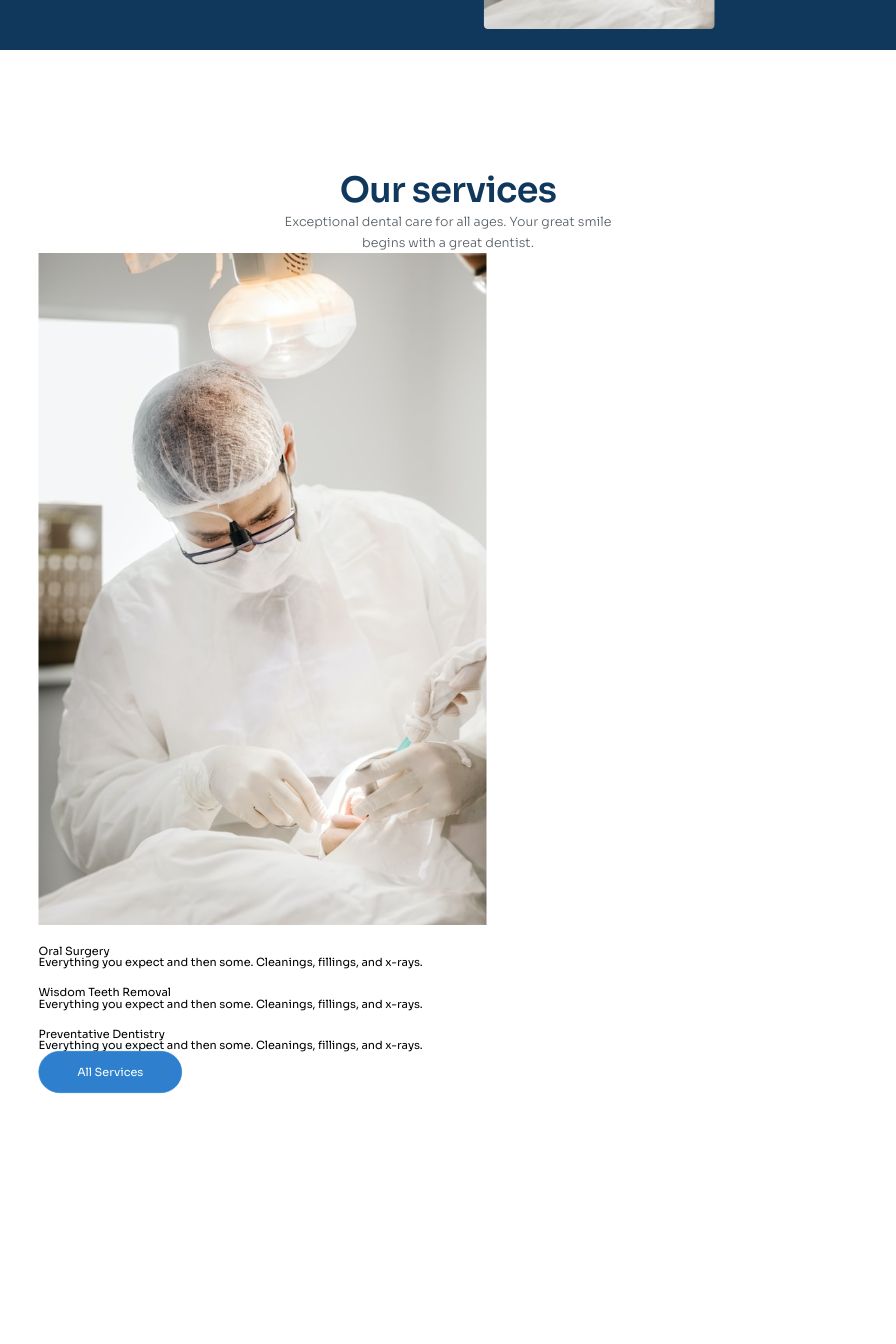
Repository: Tran-Dat/F8_Project_03
Page: index.html
The author's editor kept a copy of each file at every save. The page is drawn from the files as they stood at one save, then again after the next save.
The browser window is 1280 px wide. The pictures show the part of the page from y = 649 to 2569 px (the page is 3720 px tall), at 70% of full size.

Above is the page before, as saved 2023-04-03 15:03:05.

### index.html
<!DOCTYPE html>
<html lang="en">
    <head>
        <meta charset="UTF-8" />
        <meta http-equiv="X-UA-Compatible" content="IE=edge" />
        <meta name="viewport" content="width=device-width, initial-scale=1.0" />
        <title>shine smile</title>

        <!-- Favicon -->
        <link rel="apple-touch-icon" sizes="57x57" href="./assets/favicon/" />
        <link
            rel="apple-touch-icon"
            sizes="60x60"
            href="./assets/favicon/apple-icon-60x60.png"
        />
        <link
            rel="apple-touch-icon"
            sizes="72x72"
            href="./assets/favicon/apple-icon-72x72.png"
        />
        <link
            rel="apple-touch-icon"
            sizes="76x76"
            href="./assets/favicon/apple-icon-76x76.png"
        />
        <link
            rel="apple-touch-icon"
            sizes="114x114"
            href="./assets/favicon/apple-icon-114x114.png"
        />
        <link
            rel="apple-touch-icon"
            sizes="120x120"
            href="./assets/favicon/apple-icon-120x120.png"
        />
        <link
            rel="apple-touch-icon"
            sizes="144x144"
            href="./assets/favicon/apple-icon-144x144.png"
        />
        <link
            rel="apple-touch-icon"
            sizes="152x152"
            href="./assets/favicon/apple-icon-152x152.png"
        />
        <link
            rel="apple-touch-icon"
            sizes="180x180"
            href="./assets/favicon/apple-icon-180x180.png"
        />
        <link
            rel="icon"
            type="image/png"
            sizes="192x192"
            href="./assets/favicon/android-icon-192x192.png"
        />
        <link
            rel="icon"
            type="image/png"
            sizes="32x32"
            href="./assets/favicon/favicon-32x32.png"
        />
        <link
            rel="icon"
            type="image/png"
            sizes="96x96"
            href="./assets/favicon/favicon-96x96.png"
        />
        <link
            rel="icon"
            type="image/png"
            sizes="16x16"
            href="./assets/favicon/favicon-16x16.png"
        />
        <link rel="manifest" href="./assets/favicon/manifest.json" />
        <meta name="msapplication-TileColor" content="#ffffff" />
        <meta
            name="msapplication-TileImage"
            content="./assets/favicon/ms-icon-144x144.png"
        />
        <meta name="theme-color" content="#ffffff" />

        <!-- Emmet Fonts -->
        <link rel="preconnect" href="https://fonts.googleapis.com" />
        <link rel="preconnect" href="https://fonts.gstatic.com" crossorigin />
        <link
            href="https://fonts.googleapis.com/css2?family=Sora:wght@300;400;500;600;700;800&display=swap"
            rel="stylesheet"
        />

        <!-- Reset Css -->
        <link rel="stylesheet" href="./assets/css/reset.css" />
        <link rel="stylesheet" href="./assets/css/style.css" />
    </head>
    <body>
        <!-- Header -->
        <header class="header">
            <div class="container">
                <!-- Header top -->
                <div class="header-top">
                    <!-- Logo -->
                    <a href="/">
                        <div class="logo">
                            <span class="logo__circle"> </span>
                            <span class="logo__text">
                                <span class="logo__brand">Shine</span>
                                <span class="logo__brand logo__brand--small">
                                    smile
                                </span>
                            </span>
                        </div>
                    </a>

                    <!-- NavBar -->
                    <nav class="navbar">
                        <ul class="navbar__list">
                            <li class="navbar__item">
                                <a
                                    href="#!"
                                    class="navbar__link navbar__item--active"
                                >
                                    Home
                                </a>
                            </li>
                            <li class="navbar__item">
                                <a href="#!" class="navbar__link">Services</a>
                            </li>
                            <li class="navbar__item">
                                <a href="#!" class="navbar__link">About</a>
                            </li>
                            <li class="navbar__item">
                                <a href="#!" class="navbar__link">Doctors</a>
                            </li>
                        </ul>
                    </nav>

                    <!-- Action -->
                    <div class="header-action">
                        <a href="" class="header-action__login">Log In</a>
                        <button href="" class="btn header-action__signup">
                            Sign Up
                        </button>
                    </div>
                </div>

                <!-- Hero -->
                <section class="hero">
                    <!-- Hero content -->
                    <section class="hero__content">
                        <h1 class="hero__heading">
                            Exceptional dental care for all ages.
                        </h1>
                        <p class="hero__desc">
                            Exceptional dental care for all ages. Your great
                            smile begins with a great dentist.
                        </p>
                        <div class="hero__row">
                            <a href="" class="btn">Book Online</a>
                            <span class="hero__phone"
                                >or call (123) 456-7890</span
                            >
                        </div>
                    </section>

                    <!-- Hero media -->
                    <div class="hero__media">
                        <figure class="hero__images">
                            <img
                                src="./assets/img/hero-01.jpg"
                                alt=""
                                class="hero__img"
                            />
                            <img
                                src="./assets/img/hero-02.jpg"
                                alt=""
                                class="hero__img"
                            />
                        </figure>
                    </div>
                </section>
            </div>
        </header>

        <main style="height: 3000px">
            <section class="service">
                <div class="container">
                    <h2 class="service__heading section-heading">
                        Our services
                    </h2>
                    <p class="service__desc section-desc">
                        Exceptional dental care for all ages. Your great smile
                        begins with a great dentist.
                    </p>

                    <div class="service-row">
                        <figure class="service__images">
                            <img
                                src="./assets/img/hero-01.jpg"
                                alt=""
                                class="service__img"
                            />
                        </figure>

                        <!-- Service List -->
                        <div class="service__list">
                            <!-- Service item 1 -->
                            <section class="service-item">
                                <div class="service-item__icon-wrap">
                                    <!-- icon -->
                                    <svg
                                        class="service-item__icon"
                                        width="22"
                                        height="24"
                                        viewBox="0 0 22 24"
                                        fill="none"
                                        xmlns="http://www.w3.org/2000/svg"
                                    >
                                        <path
                                            d="M20.3598 2.63964C17.9506 -0.556131 14.2772 -0.568132 11.2481 1.10682C11.001 1.24657 10.7219 1.31411 10.4406 1.30222C10.1592 1.29033 9.88633 1.19945 9.65105 1.03931C8.49552 0.245717 7.29036 -0.316477 5.13904 0.207462C0.623408 1.3071 0 4.90379 0 8.99816C0.0797353 12.1602 0.500857 15.3032 1.25551 18.3683C2.11836 22.0168 3.90382 24 5.43354 24C6.96326 24 7.00963 22.2204 7.00963 20.8016C7.00963 19.2009 7.39505 14.8009 10.8642 14.8009C13.5317 14.8009 14.3333 18.4013 14.3333 20.8016C14.3329 23.095 15.1722 24 16.6628 24C19.5267 24 20.9796 15.3938 21.3719 13.1237C21.7642 10.8535 22.9882 6.12569 20.3598 2.63964Z"
                                            fill="white"
                                        />
                                    </svg>
                                </div>

                                <div class="service-item__body">
                                    <h3 class="service-item__heading">
                                        Oral Surgery
                                    </h3>
                                    <p class="service-item__desc">
                                        Everything you expect and then some.
                                        Cleanings, fillings, and x-rays.
                                    </p>
                                </div>
                            </section>

                            <!-- Service item 2 -->
                            <section class="service-item">
                                <div class="service-item__icon-wrap">
                                    <!-- icon -->
                                    <svg
                                        class="service-item__icon"
                                        width="22"
                                        height="24"
                                        viewBox="0 0 22 24"
                                        fill="none"
                                        xmlns="http://www.w3.org/2000/svg"
                                    >
                                        <path
                                            d="M20.3598 2.63964C17.9506 -0.556131 14.2772 -0.568132 11.2481 1.10682C11.001 1.24657 10.7219 1.31411 10.4406 1.30222C10.1592 1.29033 9.88633 1.19945 9.65105 1.03931C8.49552 0.245717 7.29036 -0.316477 5.13904 0.207462C0.623408 1.3071 0 4.90379 0 8.99816C0.0797353 12.1602 0.500857 15.3032 1.25551 18.3683C2.11836 22.0168 3.90382 24 5.43354 24C6.96326 24 7.00963 22.2204 7.00963 20.8016C7.00963 19.2009 7.39505 14.8009 10.8642 14.8009C13.5317 14.8009 14.3333 18.4013 14.3333 20.8016C14.3329 23.095 15.1722 24 16.6628 24C19.5267 24 20.9796 15.3938 21.3719 13.1237C21.7642 10.8535 22.9882 6.12569 20.3598 2.63964Z"
                                            fill="white"
                                        />
                                    </svg>
                                </div>

                                <div class="service-item__body">
                                    <h3 class="service-item__heading">
                                        Wisdom Teeth Removal
                                    </h3>
                                    <p class="service-item__desc">
                                        Everything you expect and then some.
                                        Cleanings, fillings, and x-rays.
                                    </p>
                                </div>
                            </section>

                            <!-- Service item 3 -->
                            <section class="service-item">
                                <div class="service-item__icon-wrap">
                                    <!-- icon -->
                                    <svg
                                        class="service-item__icon"
                                        width="22"
                                        height="24"
                                        viewBox="0 0 22 24"
                                        fill="none"
                                        xmlns="http://www.w3.org/2000/svg"
                                    >
                                        <path
                                            d="M20.3598 2.63964C17.9506 -0.556131 14.2772 -0.568132 11.2481 1.10682C11.001 1.24657 10.7219 1.31411 10.4406 1.30222C10.1592 1.29033 9.88633 1.19945 9.65105 1.03931C8.49552 0.245717 7.29036 -0.316477 5.13904 0.207462C0.623408 1.3071 0 4.90379 0 8.99816C0.0797353 12.1602 0.500857 15.3032 1.25551 18.3683C2.11836 22.0168 3.90382 24 5.43354 24C6.96326 24 7.00963 22.2204 7.00963 20.8016C7.00963 19.2009 7.39505 14.8009 10.8642 14.8009C13.5317 14.8009 14.3333 18.4013 14.3333 20.8016C14.3329 23.095 15.1722 24 16.6628 24C19.5267 24 20.9796 15.3938 21.3719 13.1237C21.7642 10.8535 22.9882 6.12569 20.3598 2.63964Z"
                                            fill="white"
                                        />
                                    </svg>
                                </div>

                                <div class="service-item__body">
                                    <h3 class="service-item__heading">
                                        Preventative Dentistry
                                    </h3>
                                    <p class="service-item__desc">
                                        Everything you expect and then some.
                                        Cleanings, fillings, and x-rays.
                                    </p>
                                </div>
                            </section>
                        </div>

                        <a href="" class="btn">All Services</a>
                    </div>
                </div>
            </section>
        </main>
    </body>
</html>

### assets/css/style.css
* {
    box-sizing: border-box;
}

:root {
    --header-bg: #10375c;
}

html {
    font-size: 62.5%;
}

body {
    font-size: 1.6rem;
    font-family: "Sora", sans-serif;
}

/* ================================================================ Common ================================================================ */

.btn {
    --height: 60px;

    display: inline-block;
    min-width: 205px;
    height: var(--height);
    padding: 0 20px;
    border-radius: 99px;
    border: 1px solid #2e80ce;
    font-size: 1.6rem;
    font-weight: 400;
    text-align: center;
    line-height: var(--height);
    color: #fff;
    background: #2e80ce;
}

.btn:hover {
    opacity: 0.9;
    cursor: pointer;
}

a {
    text-decoration: none;
}

.container {
    width: 1170px;
    max-width: calc(100% - 48px);
    margin: 0 auto;
}

.section-heading {
    font-weight: 600;
    font-size: 5rem;
    line-height: 1.2;
    letter-spacing: -0.02em;
    color: #10375c;
}

.section-desc {
    font-weight: 300;
    font-size: 1.8rem;
    line-height: 1.67;
    color: #575f66;
}

/* ================================================================ Header ================================================================ */

.header {
    min-height: 100vh;
    background: var(--header-bg);
    padding-top: 30px;
}

.header-top {
    display: flex;
    justify-content: space-between;
    align-items: center;
}

.logo {
    display: inline-flex;
    position: relative;
    font-size: 1rem;
}

.logo__circle::before,
.logo__circle::after {
    content: "";
    display: inline-block;
    border-radius: 50%;
}

.logo__circle::before {
    width: 3em;
    height: 3em;
    background: #2e80ce;
}

.logo__circle::after {
    position: absolute;
    top: 1.1em;
    left: 1.1em;
    width: 1.6em;
    height: 1.6em;
    background: #fff;
}

.logo__text {
    margin-left: 0.6em;
    text-align: right;
    line-height: 1.6em;
}

.logo__brand {
    display: block;
    font-size: 1.8em;
    font-weight: 400;
    color: #fff;
}

.logo__brand--small {
    font-size: 1.2em;
    font-weight: 300;
}

.navbar__list {
    display: flex;
}

.header-action__login,
.navbar__link {
    padding: 4px 21px;
    font-weight: 300;
    font-size: 1.6rem;
    line-height: 1.75;
    color: #c9d2da;
}

.navbar__link:hover,
.navbar__item--active {
    text-shadow: 1px 0 0 currentColor;
    color: #fff;
}

.navbar__item--active::before {
    position: relative;
    left: -8px;
    top: -2px;
    content: "";
    display: inline-block;
    width: 6px;
    height: 6px;
    border-radius: 50%;
    background-color: #fff;
}

.header-action {
    display: flex;
    align-items: center;
}

.header-action__login {
    margin-right: 7px;
}

.header-action__signup {
    --height: 44px;
    height: var(--height);
    min-width: 104px;
}

/* ========================================== Hero =========================================== */

.hero {
    margin-top: 76px;
    display: flex;
    align-items: center;
}

/*           Hero content             */
.hero__content {
    flex-shrink: 0;
    width: 44%;
}

.hero__heading {
    font-weight: 600;
    font-size: 7rem;
    line-height: 1.14;
    letter-spacing: -0.02em;
    color: #ffffff;
}

.hero__desc {
    margin-top: 22px;
    font-weight: 300;
    font-size: 1.8rem;
    line-height: 1.67;
    color: #c9d2da;
}

.hero__row {
    display: flex;
    align-items: center;
    margin-top: 38px;
}

.hero__phone {
    margin-left: 38px;
    font-size: 1.8rem;
    line-height: 1.67;
    color: #ffffff;
}

/*           Hero media             */
.hero__media {
    flex-grow: 1;
}

.hero__images {
    display: flex;
    justify-content: flex-end;
    align-items: center;
}

.hero__img {
    width: 330px;
    height: 540px;
    border-radius: 6px;
    object-fit: cover;
}

.hero__img:first-child {
    position: relative;
    margin-right: -6px;
}

.hero__img:last-child {
    width: 210px;
    height: 410px;
}

/* ================================================================ Service ================================================================ */

.service {
    padding: 170px 0;
}

.service__heading,
.service__desc {
    text-align: center;
}

.service__desc {
    max-width: 468px;
    margin-left: auto;
    margin-right: auto;
}

.service__row {
    display: flex;
    margin-top: 70px;
}

Loaded but not shown: assets/css/reset.css (common file)

After the next save:
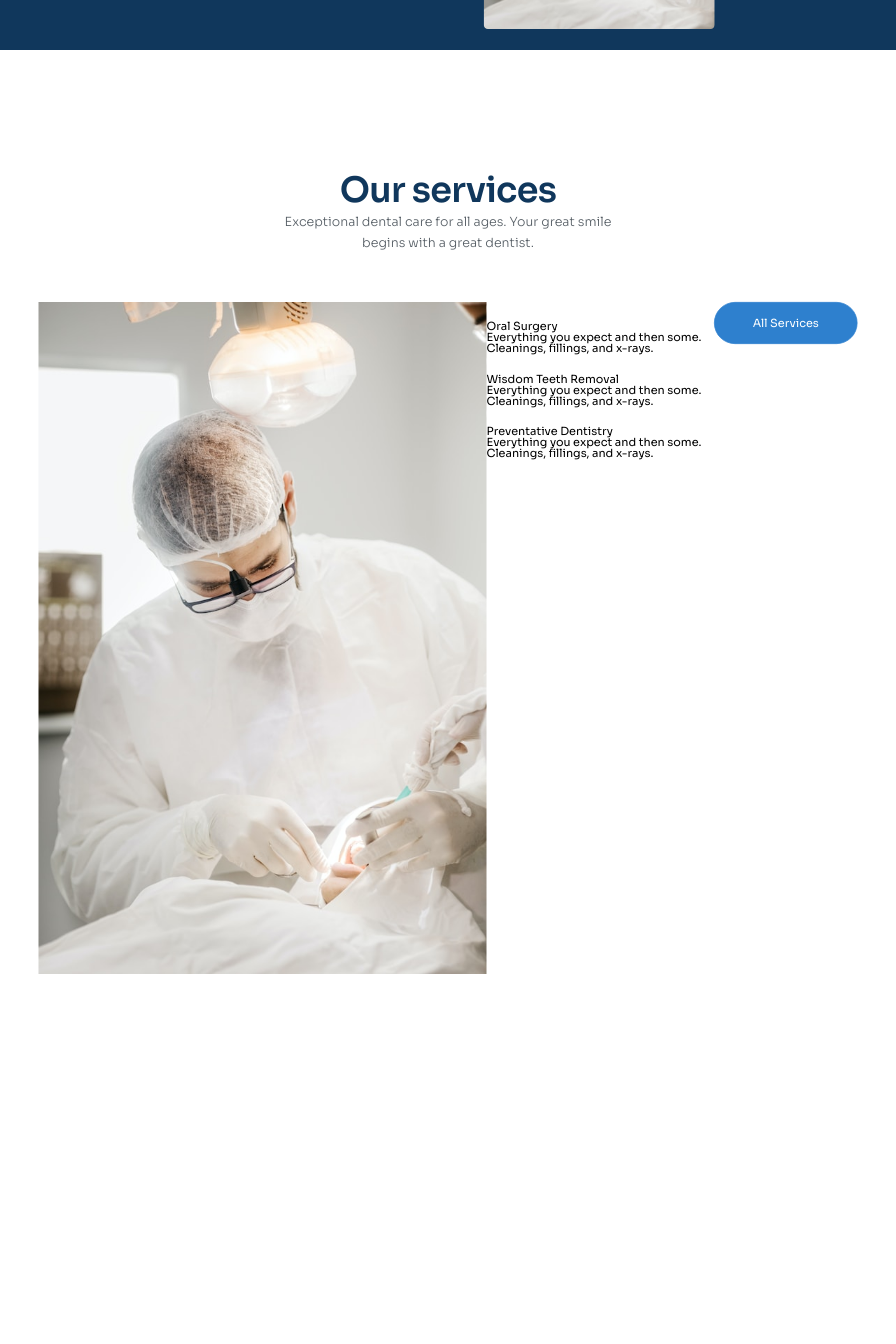
Saved 20 s later.
--- a/index.html
+++ b/index.html
@@ -192,8 +192,8 @@
                         begins with a great dentist.
                     </p>
 
-                    <div class="service-row">
-                        <figure class="service__images">
+                    <div class="service__row">
+                        <figure>
                             <img
                                 src="./assets/img/hero-01.jpg"
                                 alt=""
